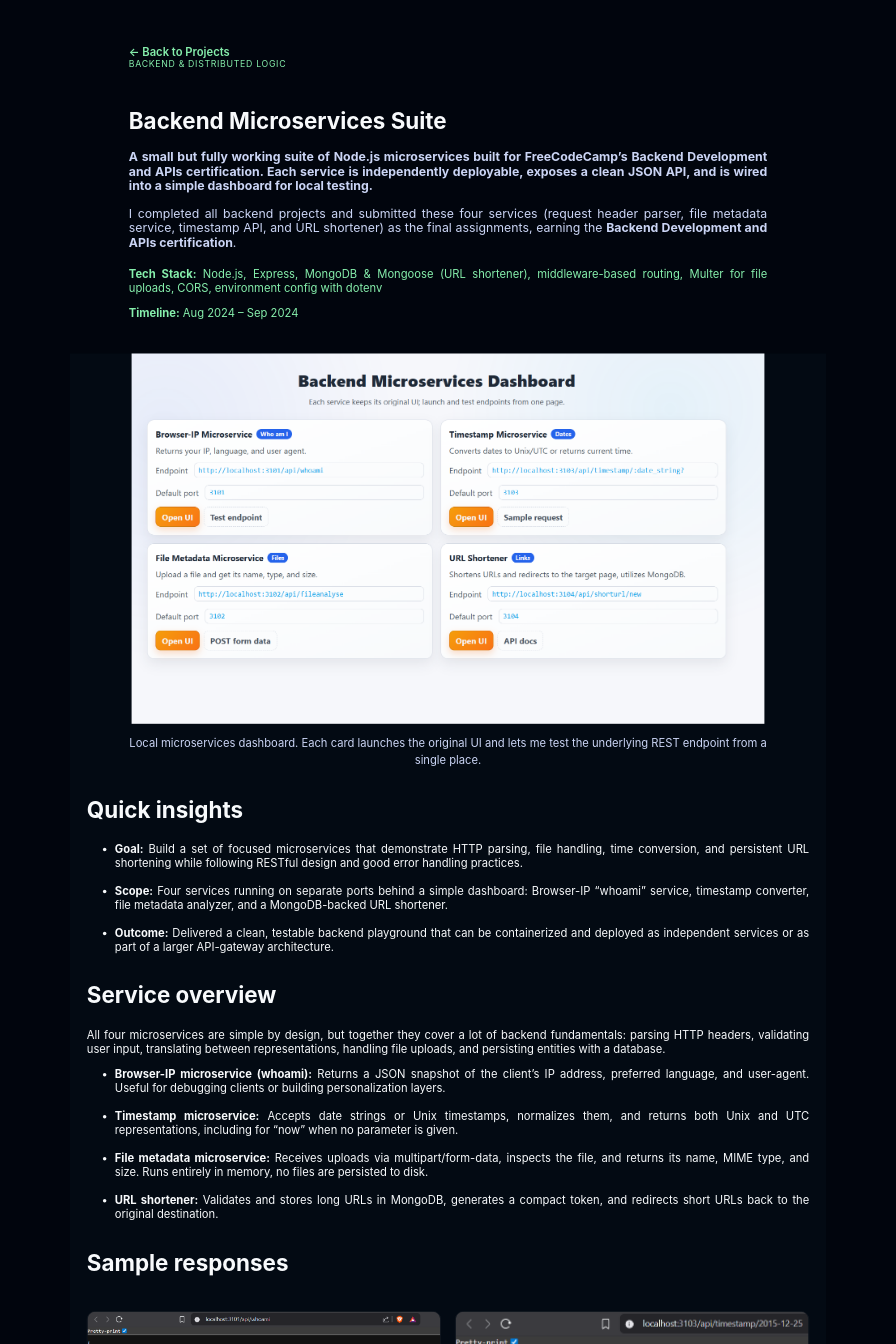
Repository: Abdulaziz-04/Abdulaziz-04.github.io
Page: deepdives/backend_systems/microservices/microservices.html
These files come from the project's save history. The page is drawn as it stood at one moment and after the next save; the edit follows.
The browser window is 1280 px wide. The pictures show the part of the page from y = 0 to 1920 px (the page is 3818 px tall before and 3762 px after), at 70% of full size.

Above is the page before, as saved 2025-11-20 23:15:30.

### deepdives/backend_systems/microservices/microservices.html
<!DOCTYPE html>
<html lang="en">
  <head>
    <meta charset="UTF-8" />
    <meta name="viewport" content="width=device-width, initial-scale=1" />
    <title>
      Backend Microservices Suite: HTTP Utilities, Files, Time, and URLs
    </title>
    <link rel="stylesheet" href="../../../assets/css/styles.css" />
  </head>

  <body class="project-detail-page">
    <header class="detail-hero">
      <a class="category-back" href="../../../projects/backend_systems.html">
        &larr; Back to Projects
      </a>

      <p
        class="category-pill"
        onclick="window.location.href='../../../projects/backend_systems.html'"
      >
        Backend &amp; Distributed Logic
      </p>
      <br />

      <h1>Backend Microservices Suite</h1>

      <p class="detail-summary">
        <b>
          A small but fully working suite of Node.js microservices built for
          FreeCodeCamp’s Backend Development and APIs certification. Each
          service is independently deployable, exposes a clean JSON API, and is
          wired into a simple dashboard for local testing.
        </b>
      </p>

      <p class="detail-summary">
        I completed all backend projects and submitted these four services
        (request header parser, file metadata service, timestamp API, and URL
        shortener) as the final assignments, earning the
        <b>Backend Development and APIs certification</b>.
      </p>

      <ul class="detail-meta">
        <li>
          <strong>Tech Stack:</strong>
          Node.js, Express, MongoDB &amp; Mongoose (URL shortener),
          middleware-based routing, Multer for file uploads, CORS, environment
          config with dotenv
        </li>
        <li><strong>Timeline:</strong> Aug 2024 – Sep 2024</li>
      </ul>
    </header>

    <main class="section detail-content">
      <!-- HERO IMAGE -->
      <section class="detail-section detail-hero-gif">
        <figure class="gallery-item gallery-item--wide">
          <img
            src="./images/intro.png"
            alt="Dashboard showing the four backend microservices and their endpoints"
            style="display: block; margin: 0 auto; max-width: 95%; height: auto"
          />
          <figcaption style="text-align: center">
            Local microservices dashboard. Each card launches the original UI
            and lets me test the underlying REST endpoint from a single place.
          </figcaption>
        </figure>
      </section>

      <!-- QUICK INSIGHTS -->
      <section class="detail-section">
        <h2>Quick insights</h2>
        <ul class="psr-list">
          <li>
            <strong>Goal:</strong>
            Build a set of focused microservices that demonstrate HTTP parsing,
            file handling, time conversion, and persistent URL shortening while
            following RESTful design and good error handling practices.
          </li>
          <br />
          <li>
            <strong>Scope:</strong>
            Four services running on separate ports behind a simple dashboard:
            Browser-IP “whoami” service, timestamp converter, file metadata
            analyzer, and a MongoDB-backed URL shortener.
          </li>
          <br />
          <li>
            <strong>Outcome:</strong>
            Delivered a clean, testable backend playground that can be
            containerized and deployed as independent services or as part of a
            larger API-gateway architecture.
          </li>
        </ul>
      </section>

      <!-- SERVICE OVERVIEW -->
      <section class="detail-section">
        <h2>Service overview</h2>
        <p>
          All four microservices are simple by design, but together they cover a
          lot of backend fundamentals: parsing HTTP headers, validating user
          input, translating between representations, handling file uploads, and
          persisting entities with a database.
        </p>

        <ul>
          <li>
            <b>Browser-IP microservice (whoami):</b>
            Returns a JSON snapshot of the client’s IP address, preferred
            language, and user-agent. Useful for debugging clients or building
            personalization layers.
          </li>
          <br />
          <li>
            <b>Timestamp microservice:</b>
            Accepts date strings or Unix timestamps, normalizes them, and
            returns both Unix and UTC representations, including for “now” when
            no parameter is given.
          </li>
          <br />
          <li>
            <b>File metadata microservice:</b>
            Receives uploads via multipart/form-data, inspects the file, and
            returns its name, MIME type, and size. Runs entirely in memory, no
            files are persisted to disk.
          </li>
          <br />
          <li>
            <b>URL shortener:</b>
            Validates and stores long URLs in MongoDB, generates a compact
            token, and redirects short URLs back to the original destination.
          </li>
        </ul>
      </section>

      <!-- RESPONSE EXAMPLES GALLERY -->
      <section class="detail-section detail-gallery">
        <h2>Sample responses</h2>
        <div class="gallery-row gallery-row--two">
          <figure class="gallery-item">
            <a href="./images/whoami.png" target="_blank">
              <img
                src="./images/whoami.png"
                alt="JSON response from whoami service showing ipaddress, language, and software"
              />
            </a>
            <figcaption>
              Browser-IP service returning IP, language, and user-agent string.
            </figcaption>
          </figure>

          <figure class="gallery-item">
            <a href="./images/timestamp.png" target="_blank">
              <img
                src="./images/timestamp.png"
                alt="Timestamp service converting a date string to Unix and UTC"
              />
            </a>
            <figcaption>
              Timestamp service converting <code>2015-12-25</code> to Unix and
              UTC formats.
            </figcaption>
          </figure>
        </div>

        <div class="gallery-row gallery-row--two">
          <figure class="gallery-item">
            <a href="./images/file_analyze.png" target="_blank">
              <img
                src="./images/file_analyze.png"
                alt="File metadata service returning name, type, and size of an uploaded PDF"
              />
            </a>
            <figcaption>
              File metadata service summarizing an uploaded PDF resume.
            </figcaption>
          </figure>

          <figure class="gallery-item">
            <a href="./images/url_shortner.png" target="_blank">
              <img
                src="./images/url_shortner.png"
                alt="URL shortener service returning original_url and short_url token"
              />
            </a>
            <figcaption>
              URL shortener service mapping a long FreeCodeCamp URL to a short
              token.
            </figcaption>
          </figure>
        </div>
      </section>

      <!-- ARCHITECTURE & DESIGN -->
      <section class="detail-section">
        <h2>Architecture and design choices</h2>
        <p>
          I intentionally structured these as independent Express apps to mimic
          a microservices setup instead of one monolith with many routes. Each
          service has its own port, middleware stack, and health checks, which
          makes it straightforward to containerize and scale them separately.
        </p>

        <ul>
          <li>
            <b>Express-first design:</b>
            Each service uses Express with a thin index file that wires up
            middleware, route handlers, and error handling. I use environment
            variables for ports and MongoDB URIs so the suite can run locally or
            on a cloud host without code changes.
          </li>
          <br />
          <li>
            <b>Stateless APIs:</b>
            All endpoints are stateless; state lives either in the incoming
            request (for header parsing and timestamps) or in MongoDB for the
            URL mappings. That makes horizontal scaling easier.
          </li>
          <br />
          <li>
            <b>Shared patterns:</b>
            Even though the services are separate, they share patterns such as
            centralized validation, consistent JSON error structures, and
            clearly documented endpoints that mirror the FreeCodeCamp spec.
          </li>
        </ul>
      </section>

      <!-- EDGE CASES & ROBUSTNESS -->
      <section class="detail-section">
        <h2>Edge cases and robustness</h2>
        <p>
          To go beyond the bare minimum for the certification, I spent time
          thinking through failure modes and how APIs should behave when users
          supply odd inputs.
        </p>

        <ul>
          <li>
            <b>Timestamp parsing:</b>
            When the date parameter is missing, the service returns the current
            time. If the input is ambiguous, it tries Unix and ISO-8601 parsing,
            then returns a helpful JSON error instead of a 500. This mirrors how
            production APIs often have to be forgiving but explicit.
          </li>
          <br />
          <li>
            <b>File uploads:</b>
            The metadata service checks for missing files, unsupported content
            types, and empty payloads, and responds with a clear validation
            message. Uploads are limited in size and never written to disk,
            making it safe to run in memory-constrained environments.
          </li>
          <br />
          <li>
            <b>URL validation:</b>
            The shortener normalizes URLs, rejects malformed domains, and
            protects against non-http/https schemes. Duplicate URLs reuse the
            same mapping instead of creating multiple documents, which keeps the
            database small and predictable.
          </li>
          <br />
          <li>
            <b>Whoami service:</b>
            If the IP header is missing or proxied, the service gracefully falls
            back to the connection’s remote address. It returns language and
            user-agent exactly as seen, which helps debug issues without
            mutating data.
          </li>
        </ul>
      </section>

      <!-- SCALING & FUTURE ENHANCEMENTS -->
      <section class="detail-section">
        <h2>Scaling and future enhancements</h2>
        <p>
          These projects started as learning exercises, but the design makes it
          easy to evolve them into production-ready components.
        </p>

        <ul>
          <li>
            <b>Containerization and orchestration:</b>
            Each service can be packaged as a small Docker image and deployed
            behind an API gateway such as Nginx or an ingress controller in
            Kubernetes. Horizontal scaling then becomes a matter of increasing
            replica counts per service.
          </li>
          <br />
          <li>
            <b>Persistent analytics:</b>
            The whoami and timestamp services could log anonymized usage stats
            to a time-series store (for example, Prometheus or a simple Postgres
            table) to visualize traffic patterns and client platforms.
          </li>
          <br />
          <li>
            <b>Hardened URL shortener:</b>
            Adding rate limiting, per-user quotas, and link expiration would
            turn the shortener into a more realistic service. A background job
            could clean up expired links while preserving click statistics.
          </li>
          <br />
          <li>
            <b>File gateway:</b>
            The metadata service could be extended to temporarily store files in
            S3 or another object store and act as a front door for larger upload
            workflows, while still returning immediate metadata to the client.
          </li>
        </ul>
      </section>

      <!-- IMPACT & LEARNINGS -->
      <section class="detail-section detail-impact">
        <h2>Impact and learnings</h2>
        <ul>
          <li>
            <b>Microservice mindset:</b>
            Even though these services are small, building and running four
            separate backends taught me how to think about boundaries,
            observability, and independent deployments.
          </li>
          <br />
          <li>
            <b>API ergonomics:</b>
            Designing simple, predictable JSON responses and handling weird user
            input gracefully is something I now carry into my larger backend
            work.
          </li>
          <br />
          <li>
            <b>Production readiness:</b>
            Experimenting with validation, error messages, and database
            interactions here gave me a small sandbox to practice habits that
            scale to more complex microservice architectures.
          </li>
        </ul>
      </section>
    </main>
  </body>
</html>

Loaded but not shown: assets/css/styles.css (941 lines, source omitted)

After the next save:
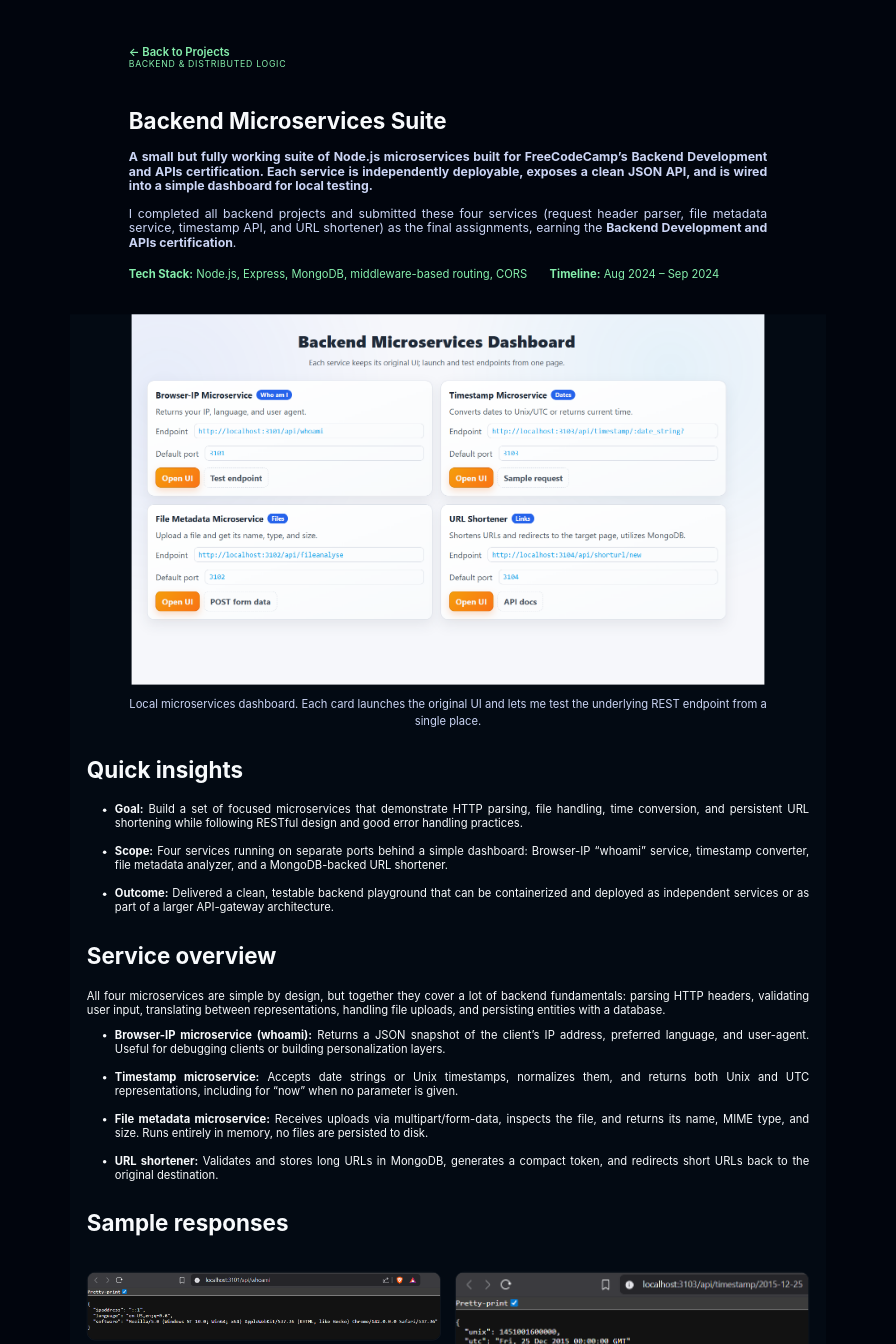
Saved 54 s later.
--- a/deepdives/backend_systems/microservices/microservices.html
+++ b/deepdives/backend_systems/microservices/microservices.html
@@ -44,9 +44,7 @@
       <ul class="detail-meta">
         <li>
           <strong>Tech Stack:</strong>
-          Node.js, Express, MongoDB &amp; Mongoose (URL shortener),
-          middleware-based routing, Multer for file uploads, CORS, environment
-          config with dotenv
+          Node.js, Express, MongoDB, middleware-based routing, CORS
         </li>
         <li><strong>Timeline:</strong> Aug 2024 – Sep 2024</li>
       </ul>
